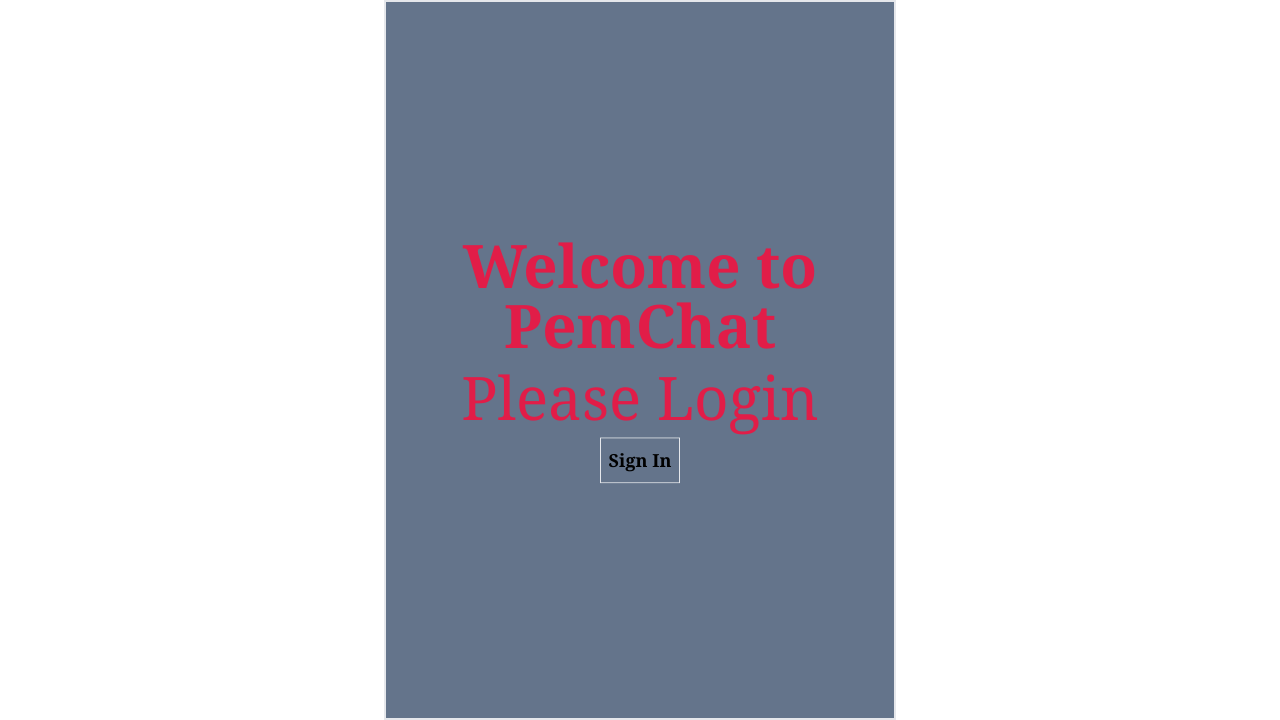
Repository: Semanmernstack/chat-mini
Page: /
The author's editor kept a copy of each file at every save. The page is drawn from the files as they stood at one save, then again after the next save.
The browser window is 1280 px wide. The pictures show the whole page.
The project was rebuilt for these pictures with package versions that can differ from the ones it lists, and the page was loaded fresh each time. Also part of the build but not shown: src/SidebarList.js, src/Sidebar.js, src/BodyHeader.js, src/Message.js, src/Body.js.

Above is the page before, as saved 2022-11-16 08:07:30.

After the next save:
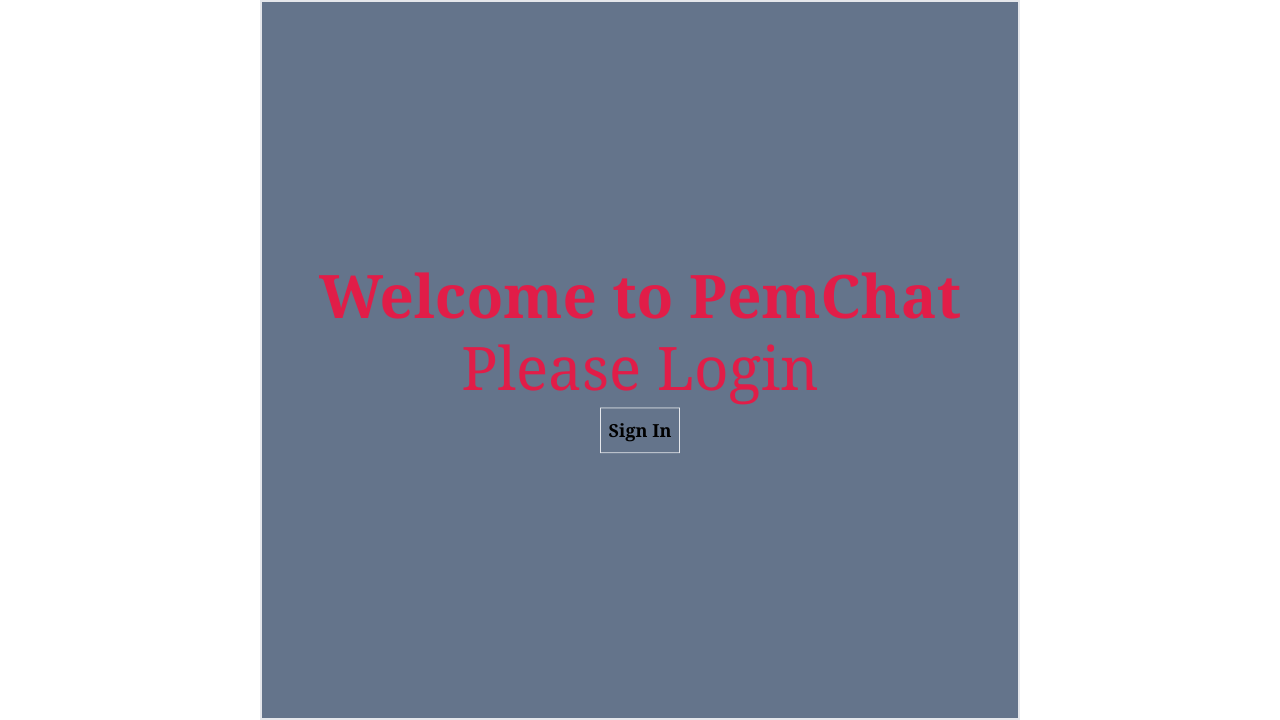
Saved 64 s later.
--- a/src/App.js
+++ b/src/App.js
@@ -31,7 +31,7 @@ function App() {
 
   return (
 
-    <div className="flex  items-center overflow-hidden  overflow-y-hidden   h-screen max-w-lg    mx-auto border-2">
+    <div className="flex  items-center overflow-hidden  overflow-y-hidden   h-screen  max-w-[760px]    mx-auto border-2">
 
        {user ? (
         <>
